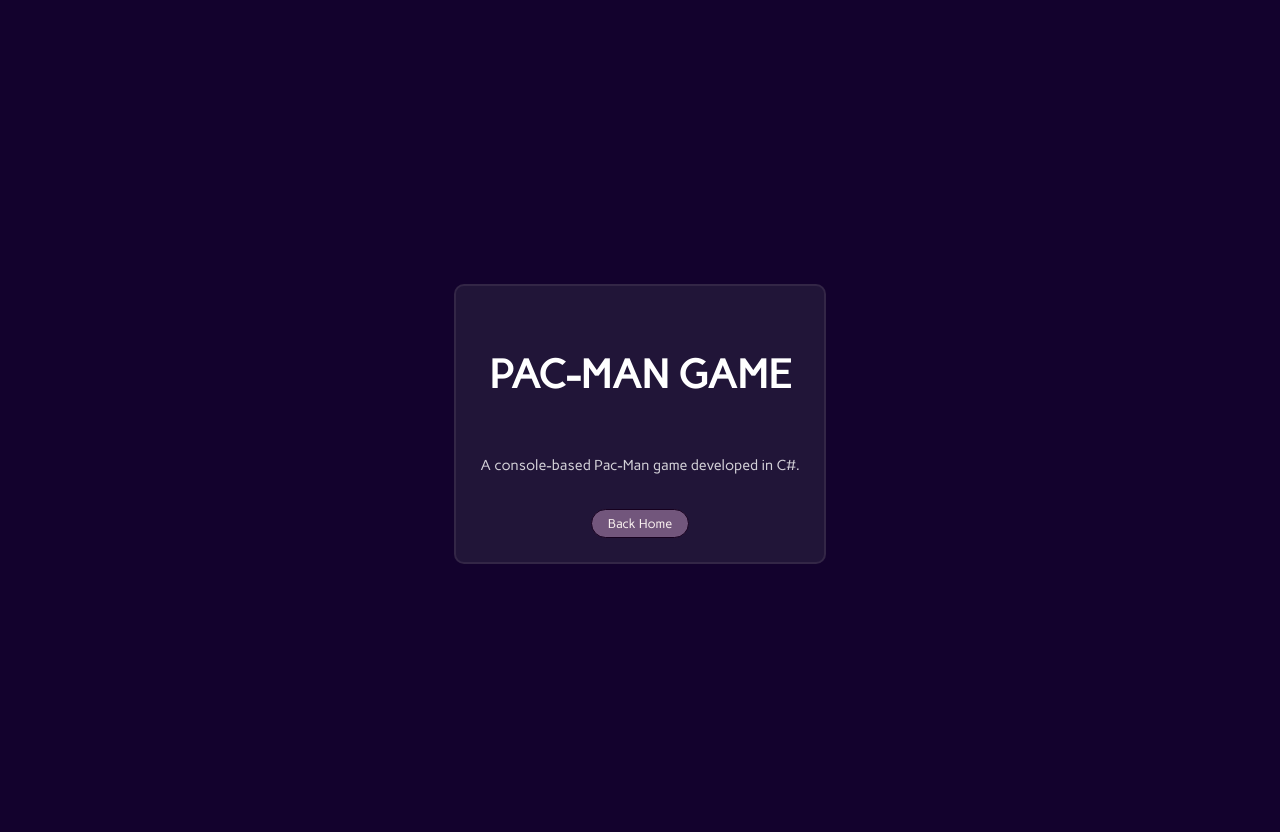
Repository: Rameen-A/Rameen-A
Page: pages/project-MovingTarget-1.html
These files come from the project's save history. The page is drawn as it stood at one moment and after the next save; the edit follows.
The browser window is 1280 px wide. The pictures show the whole page.

Above is the page before, as saved 2026-05-11 23:09:59.

### pages/project-MovingTarget-1.html
<!DOCTYPE html>
<html lang="en">
<head>
    <meta charset="UTF-8">
    <meta name="viewport" content="width=device-width, initial-scale=1.0">
    <title>Pac-Man Game</title>
    <link rel="stylesheet" href="../styles/globals.css" />
    <link rel="stylesheet" href="../styles/index.css" />
</head>
<body>
    <section class="projects">

        <article class="card">

          <h1>Pac-Man Game</h1>

          <p>
            A console-based Pac-Man game developed in C#.
          </p>

          <a href="../index.html">Back Home</a>

        </article>

      </section>

</body>
</html>

### styles/globals.css
/* FONT DEFS */
@font-face {
  font-family: "main font";
  src: url(../assets/fonts/Carme/Carme-Regular.ttf);
}

/* CROSS PAGE STYLES */
body {
  color: white;
  font-family: "main font", Verdana, sans-serif;
  margin: 0;
}

h1 {
  font-weight: bold;
  text-transform: uppercase;
  font-size: 1.75rem;
}
h3 {
  font-size: 1.3rem;
}

a {
  text-decoration: none;
  color: white;
  font-size: 1rem; /*! too small*/
}
ul {
  list-style: none;
  padding: 0;
  margin: 0;
}
a:hover {
  text-decoration: underline;
}
@media (min-width: 768px) {
  h1 {
    font-size: 2.5rem;
  }
  h3 {
    font-size: 1.5rem;
  }

  a {
    font-size: 1rem;
  }
}

### styles/index.css
body {
  margin: 0;
  background-color: black;
}

.hero {
  display: flex;
  align-items: center;
  justify-content: center;
  text-align: center;
  height: 100vh;

  background-image: url(../assets/images/getsitecontrol__compress-gif__free.gif);
  background-size: cover;
  background-position: center;
  background-repeat: no-repeat;
}
.hero a,
.card a {
  border: 2px solid rgb(235, 223, 223);
  padding: 0.5rem;
  border-radius: 20px;
  background-color: rgb(114, 86, 124);
  color: rgb(248, 239, 239);
  text-decoration: none;
}
article {
  opacity: 1;
}

/*menu bar */
.menu {
  background: rgba(0, 0, 0, 0.9);
  display: flex;
  flex-direction: row;
  justify-content: flex-end;
}

/* ABOUT ME  */
.about {
  display: flex;
  align-items: center;
  justify-content: center;
  min-height: 100vh;
  text-align: center;

  gap: 2.5rem;
  flex-direction: column;

  background-color: rgb(29, 2, 46);
}
.about h2 {
  font-size: 1.75rem;
  margin-bottom: 1rem;
  letter-spacing: 0.3em;
  text-transform: uppercase;
}
.about-content {
  display: flex;
  flex-direction: column;
  align-items: center;
  gap: 1rem;
  margin: 0 1rem;
  width: 100%;
  max-width: 90%;
  text-align: left;
  line-height: 1.8;
  font-size: 1rem;
}
.about img {
  width: 13rem;
  height: 10rem;

  object-fit: cover;
  border-radius: 50%;

  border: 4px solid rgb(91, 57, 101);
}
.about-list li {
  font-size: 0.95rem;
  line-height: 1.5;
}

.tools-labels {
  font-size: 0.8rem;
  text-transform: uppercase;
  letter-spacing: 0.08em;
  text-align: left;
  margin-bottom: 0.5rem;
}
.tools-list {
  display: flex;
  flex-wrap: wrap; /* allows items to wrap / internet*/
  gap: 1rem;
  text-align: left;
  justify-content: center;
}
.tools-list li {
  background-color: rgb(64, 36, 83);
  border: 1px solid rgba(255, 255, 255, 0.2);
  border-radius: 20px;
  padding: 0.3rem 0.85rem;
  font-size: 0.8rem;
}
/*PROJECTS*/
.projects {
  display: flex;
  justify-content: center;
  min-height: 100vh;
  background-color: rgb(19, 2, 45);
  align-items: center;
  padding-top: 4rem;
  padding-bottom: 3rem;
  flex-direction: column;
}
.projects h2 {
  font-size: 1.75rem;
  margin-bottom: 1rem;
  letter-spacing: 0.3em;
  text-transform: uppercase;
}

.cards {
  display: flex;
  flex-direction: column;
  gap: 1.5rem;
  align-items: center;
  margin: 0 1rem;
  width: 100%;
  max-width: 90%;
  text-align: left;
}
.card {
  background-color: #211538;
  border: 2px solid rgba(201, 187, 196, 0.1);
  border-radius: 10px;
  padding: 1.5rem;
  text-align: left;
  display: flex;
  flex-direction: column;
  align-items: center;
  gap: 1rem;
  margin: 0.5rem;
}

.card:hover {
  border-color: rgba(244, 243, 243, 0.4);
}

.card h3 {
  font-size: 1.1rem;
  margin-bottom: 0.5rem;
}

.card p {
  font-size: 0.9rem;
  line-height: 1.6;
  opacity: 0.8;
  margin: 0 0 0.5rem 0;
}

.card .tech {
  font-size: 0.75rem;
  opacity: 0.5;
  margin: 0.75rem 0;
}

.card a {
  display: inline-block;
  border: 1px solid rgb(22, 1, 31);
  padding: 0.4rem 1rem;
  border-radius: 20px;
  font-size: 0.8rem;
  margin-top: 0.5rem;
}

.card a:hover {
  background-color: rgb(169, 119, 222);
  color: #eeeff1;
  text-decoration: none;
}

/*CREATIVE WORK*/
.creative-work {
  background-color: rgb(2, 2, 40);
  padding: 5rem 1rem;
  text-align: center;
}

.creative-work h2 {
  font-size: 1.75rem;
  margin-bottom: 3rem;
  letter-spacing: 0.3rem;
  text-transform: uppercase;
}

.creative-cards {
  display: flex;
  flex-direction: column;
  gap: 2.5rem;
  align-items: center;
}

.creative-card {
  background-color: #2c294d;
  border-radius: 1rem;
  overflow: hidden;
  width: 100%;
  max-width: 22rem;

  transition: transform 0.3s ease;
}
.creative-images {
  display: grid;
  grid-template-columns: 1fr 1fr;
  gap: 1rem;
  padding: 0.5rem;
}
.creative-images img {
  border-radius: 10%;
}
.creative-content a {
  display: inline-block;
  margin-top: 1rem;
  padding: 0.6rem 1.2rem;

  border: 2px solid rgb(237, 236, 243);
  border-radius: 2rem;

  transition: 0.3s ease;
}
.creative-card {
  display: flex;
  flex-direction: column;
}

.creative-content a:hover {
  background-color: rgb(115, 105, 173);
  border: 2px solid rgb(39, 31, 88);
  color: rgb(255, 255, 255);
  text-decoration: none;
}
.creative-card img {
  width: 100%;
  height: 16rem;
  object-fit: cover;
  display: block;
}

.creative-content {
  padding: 1.5rem;
  text-align: left;
}

.creative-content h3 {
  margin-bottom: 1rem;
  font-size: 1.3rem;
}

.creative-content p {
  line-height: 1.7;
}
.creative-tech {
  font-size: 0.75rem;
  opacity: 0.5;
  margin: 0.75rem 0;
}
/*CONTACT PAGE*/
.contact {
  display: flex;
  flex-direction: column;
  align-items: center;

  padding-bottom: 6rem;
  padding: 4rem 1rem;

  background-color: rgb(2, 0, 0);
}
.contact p {
  font-size: 1.2rem;
}
.contact h2 {
  font-size: 1.75rem;
  margin-bottom: 1rem;
  letter-spacing: 0.3em;
  text-transform: uppercase;
}
.contact-cards {
  display: flex;
  flex-direction: column;
  gap: 1.5rem;

  width: 100%;
  max-width: 90%;

  margin: 0 auto;
  align-items: center;
}
.contact-card {
  background-color: #976095;
  padding: 1rem;
  border-radius: 10px;
  text-align: center;
  position: relative;
  overflow: hidden;
  width: 100%;
  max-width: 22rem;
}

.hover-text {
  position: absolute;
  inset: 0; /* fills the card */

  display: flex;
  align-items: center;
  justify-content: center;

  opacity: 0;
  transition: opacity 0.3s ease;
}
.contact-card:hover {
  transform: translateY(-8px);
  transition: transform 0.3s ease;
  border: 4px solid rgb(171, 133, 157);
}
.contact-card a {
  opacity: 0;
  transition: opacity 0.3s ease;
  display: block;
  margin-top: 0.5rem;
  background-color: #e28ed1;
  font-size: 1rem;
}
.contact-card:hover a {
  opacity: 1;
  background-color: #d07ec1;

  font-size: 1rem;
}

.contact-card:hover .hover-text {
  opacity: 1;
}
.contact-card .label {
  font-size: 1rem;
  text-transform: uppercase;
}

/* nav mods */
nav {
  position: sticky;
  top: 0;
}

nav ul {
  display: flex;
  justify-content: flex-end;
  margin: 0rem;
}

nav ul li {
  list-style: none;
  margin: 1rem;
}

/* Mobile-first navigation */
nav ul {
  justify-content: center;
}

/* Tablet and desktop layouts */
@media (min-width: 768px) {
  nav ul {
    justify-content: flex-end;
  }

  .about {
    gap: 3rem;
    text-align: left;
    flex-direction: row;
    text-align: left;
  }
  .card {
    max-width: 30rem;
  }

  .cards {
    flex-direction: row;
    flex-wrap: wrap;
    justify-content: center;
  }
  .creative-cards {
    flex-direction: row;
    justify-content: center;
    align-items: stretch;
    flex-wrap: wrap;
  }

  .creative-card {
    max-width: 24rem;
  }

  .creative-work h2 {
    font-size: 2.5rem;
  }

  .contact-cards {
    flex-direction: row;
    flex-wrap: wrap;
    justify-content: center;
  }

  .about h2,
  .projects h2,
  .contact h2 {
    font-size: 2.5rem;
  }
  .hero h1 {
    font-size: 3rem;
  }

  .hero h3 {
    font-size: 1.5rem;
  }
}

After the next save:
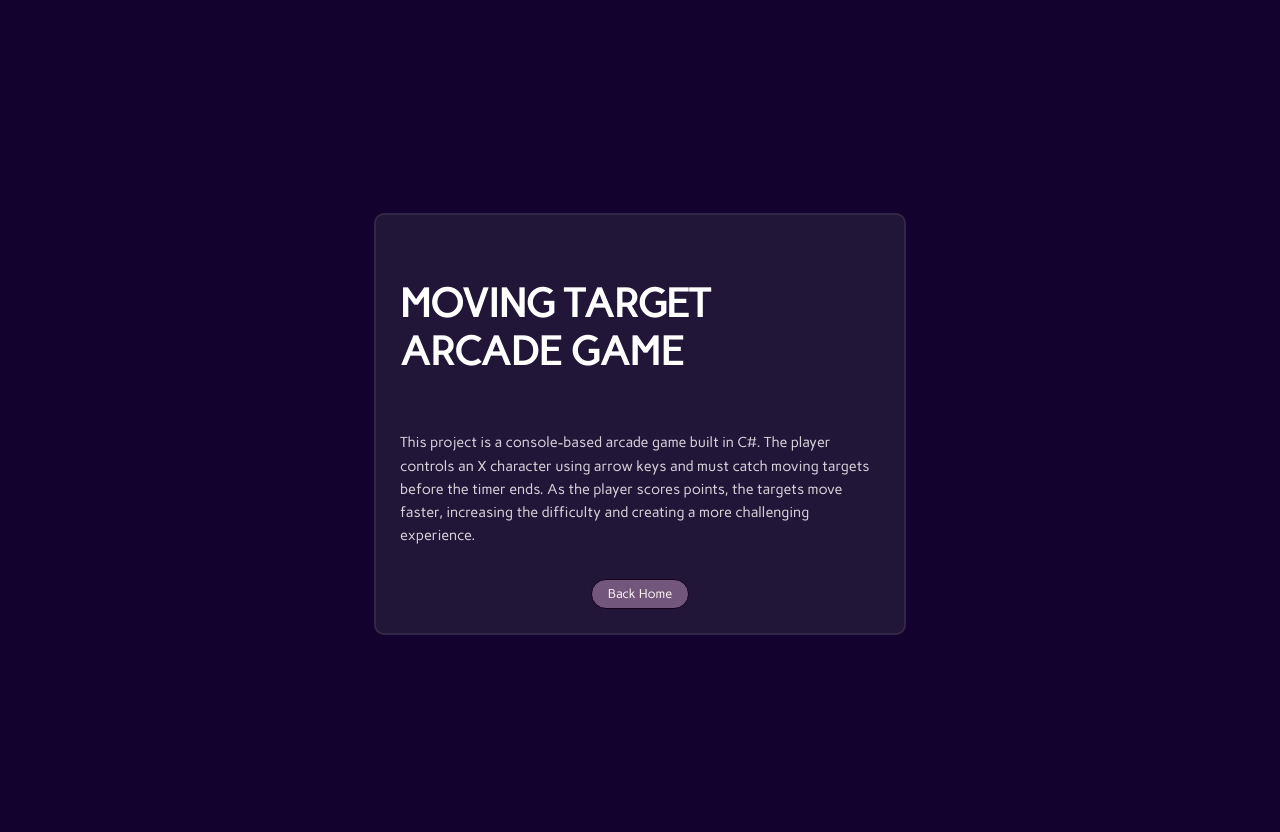
Saved 7 min 35 s later.
--- a/pages/project-MovingTarget-1.html
+++ b/pages/project-MovingTarget-1.html
@@ -1,28 +1,27 @@
 <!DOCTYPE html>
 <html lang="en">
-<head>
-    <meta charset="UTF-8">
-    <meta name="viewport" content="width=device-width, initial-scale=1.0">
-    <title>Pac-Man Game</title>
+  <head>
+    <meta charset="UTF-8" />
+    <meta name="viewport" content="width=device-width, initial-scale=1.0" />
+    <title>Moving Target Arcade game</title>
     <link rel="stylesheet" href="../styles/globals.css" />
     <link rel="stylesheet" href="../styles/index.css" />
-</head>
-<body>
+  </head>
+  <body>
     <section class="projects">
+      <article class="card">
+        <h1>Moving Target Arcade Game</h1>
 
-        <article class="card">
+        <p>
+          This project is a console-based arcade game built in C#. The player
+          controls an X character using arrow keys and must catch moving targets
+          before the timer ends. As the player scores points, the targets move
+          faster, increasing the difficulty and creating a more challenging
+          experience.
+        </p>
 
-          <h1>Pac-Man Game</h1>
-
-          <p>
-            A console-based Pac-Man game developed in C#.
-          </p>
-
-          <a href="../index.html">Back Home</a>
-
-        </article>
-
-      </section>
-
-</body>
+        <a href="../index.html">Back Home</a>
+      </article>
+    </section>
+  </body>
 </html>
